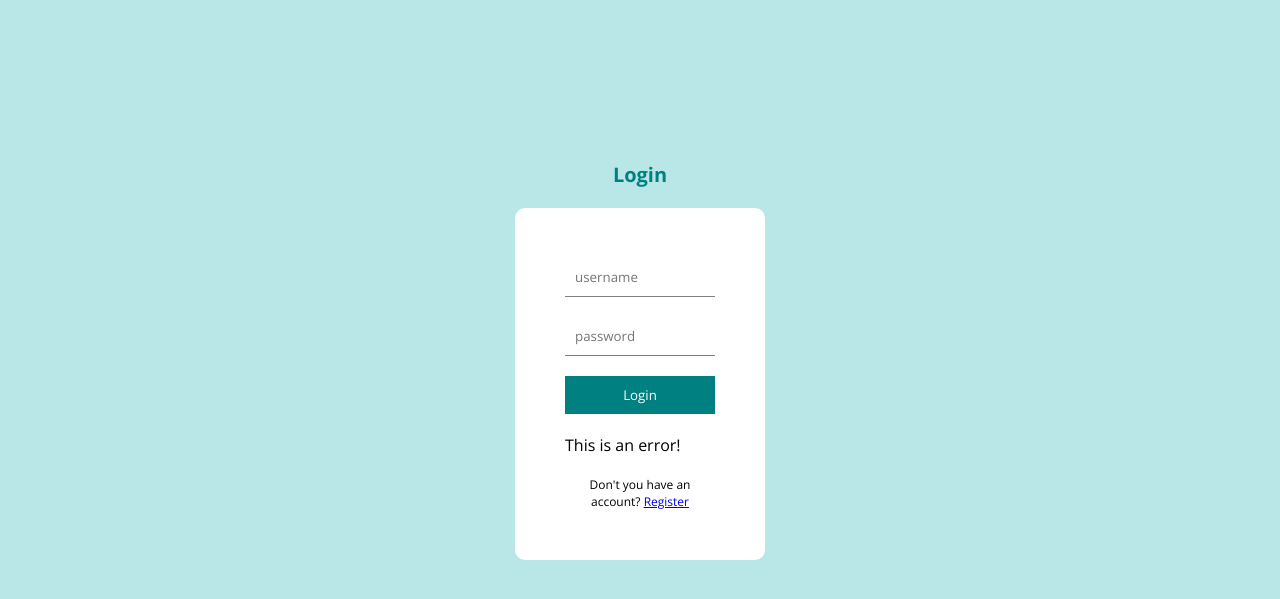
Repository: juansesu3/Blog-Full-Stack
Page: /login (app in client/blog/)
These files come from the project's save history. The page is drawn as it stood at one moment and after a run of saves; the edit follows.
The browser window is 1280 px wide. The pictures show the whole page.
The project was rebuilt for these pictures with package versions that can differ from the ones it lists, and the page was loaded fresh each time. Also part of the build but not shown: client/blog/vite.config.js, client/blog/src/pages/Register.jsx, client/blog/src/pages/Single.jsx, client/blog/src/pages/Write.jsx, client/blog/src/pages/Home.jsx, client/blog/src/components/Navbar.jsx, client/blog/src/components/Footer.jsx.

Above is the page before, as saved 2023-04-18 13:48:12.

### client/blog/index.html
<!DOCTYPE html>
<html lang="en">

<head>
  <meta charset="UTF-8" />
  <link rel="icon" type="image/svg+xml" href="/vite.svg" />
  <link href="https://fonts.googleapis.com/css2?family=Open+Sans:wght@300;400;500;600;700;800&display=swap"
    rel="stylesheet" />
  <meta name="viewport" content="width=device-width, initial-scale=1.0" />
  <title>Blog</title>

</head>

<body>
  <div id="root"></div>
  <script type="module" src="/src/main.jsx"></script>
</body>

</html>

### client/blog/src/App.jsx
import {
  createBrowserRouter,
  Outlet,
  RouterProvider,
} from "react-router-dom";
import Register from "./pages/Register";
import Login from "./pages/Login";
import Single from "./pages/Single";
import Write from "./pages/Write";
import Home from "./pages/Home"
import Navbar from "./components/Navbar"
import Footer from "./components/Footer"
import "./style.scss"

const Layout = () => {

  return(
    <>
    <Navbar/>
    <Outlet/>
    <Footer/>
    </>
  )
}

const router = createBrowserRouter([
  {
    path: "/",
    element:<Layout/>,
    children:[
      {
        path:"/",
        element:<Home/>
      },
      {
        path:"/post/:id",
        element:<Single/>
      },
      {
        path:"/write",
        element:<Write/>
      }
    ]
  },
  {
    path: "/register",
    element: <Register />,
  },
  {
    path: "/login",
    element: <Login />,
  }
]);

function App() {
  return (
    <div className="app">
      <div className="container">
      <RouterProvider router={router} />
      </div>
    </div>
  )
}



export default App

### client/blog/src/pages/Login.jsx
import React from 'react'
import { Link } from 'react-router-dom'

const Login = () => {
  return (
    <div className='auth'>
      <h1>Login</h1>
      <form>
        <input type="text" placeholder='username' />
        <input type="password" placeholder='password' />
        <button>Login</button>
        <p>This is an error!</p>
        <span>Don't you have an account? <Link to="/register">Register</Link></span>
      </form>
      </div>
  )
}

export default Login

### client/blog/src/style.scss
* {
    box-sizing: border-box;
    font-family: "Open Sans", sans-serif;
    margin: 0;
    box-sizing: border-box;
  }

$lightGreen: #b9e7e7;
.app{
    .container{
        //LOGIN & REGISTER
        .auth{
            display: flex;
            flex-direction: column;
            align-items: center;
            justify-content: center;
            height: 100vh;
            background-color: $lightGreen;
        }
        h1{
            font-size: 20px;
            color:teal;
            margin-bottom: 20px;
        }
        form{
            display: flex;
            flex-direction: column;
            padding: 50px;
            background-color: white;
            width: 250px;
            gap: 20px;
            border-radius: 10px;
        }
        input{
            padding: 10px;
            border: none;
            border-bottom: 1px solid gray ;
        }
        button{
            padding: 10px;
            border: none;
            background-color: teal;
            color: white;
            cursor: pointer;
        }
        span{
            font-size: 12px;
            text-align: center;

        }

    }
}

Loaded but not shown: client/blog/src/main.jsx (common file)

After the next 6 saves:
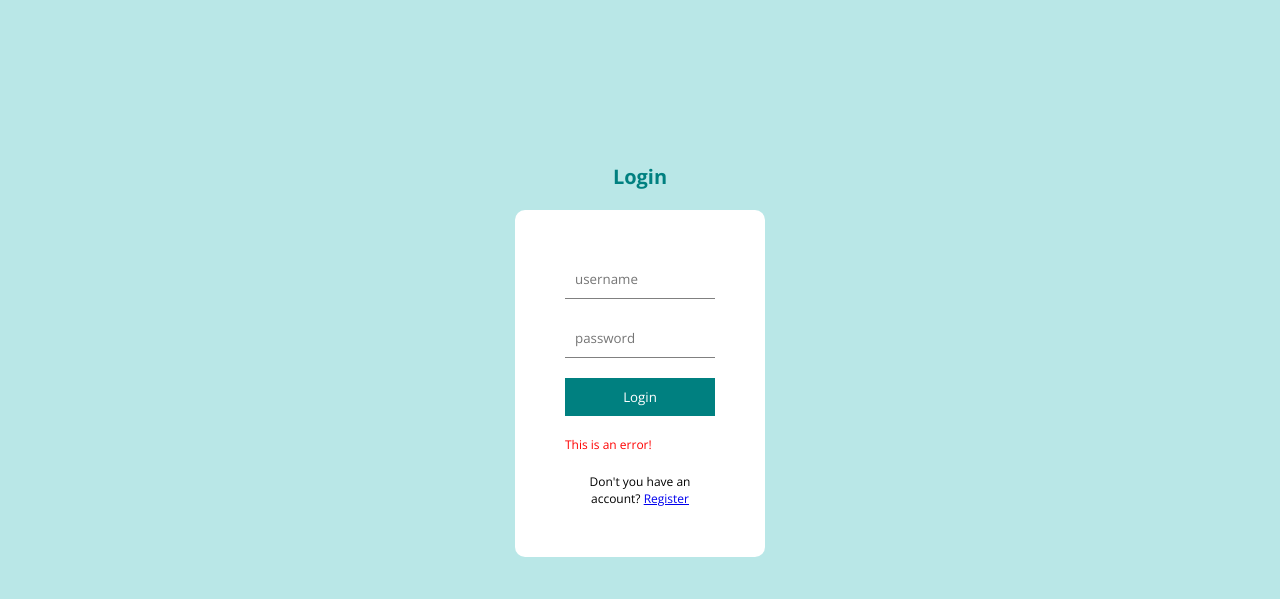
The 6 saves are shown as one change because 2 did not build or start and some came seconds apart.
The last was saved 38 s later.
--- a/client/blog/src/style.scss
+++ b/client/blog/src/style.scss
@@ -43,6 +43,11 @@ $lightGreen: #b9e7e7;
             color: white;
             cursor: pointer;
         }
+        p{
+            font-size: 12px;
+            color: red;
+
+        }
         span{
             font-size: 12px;
             text-align: center;
